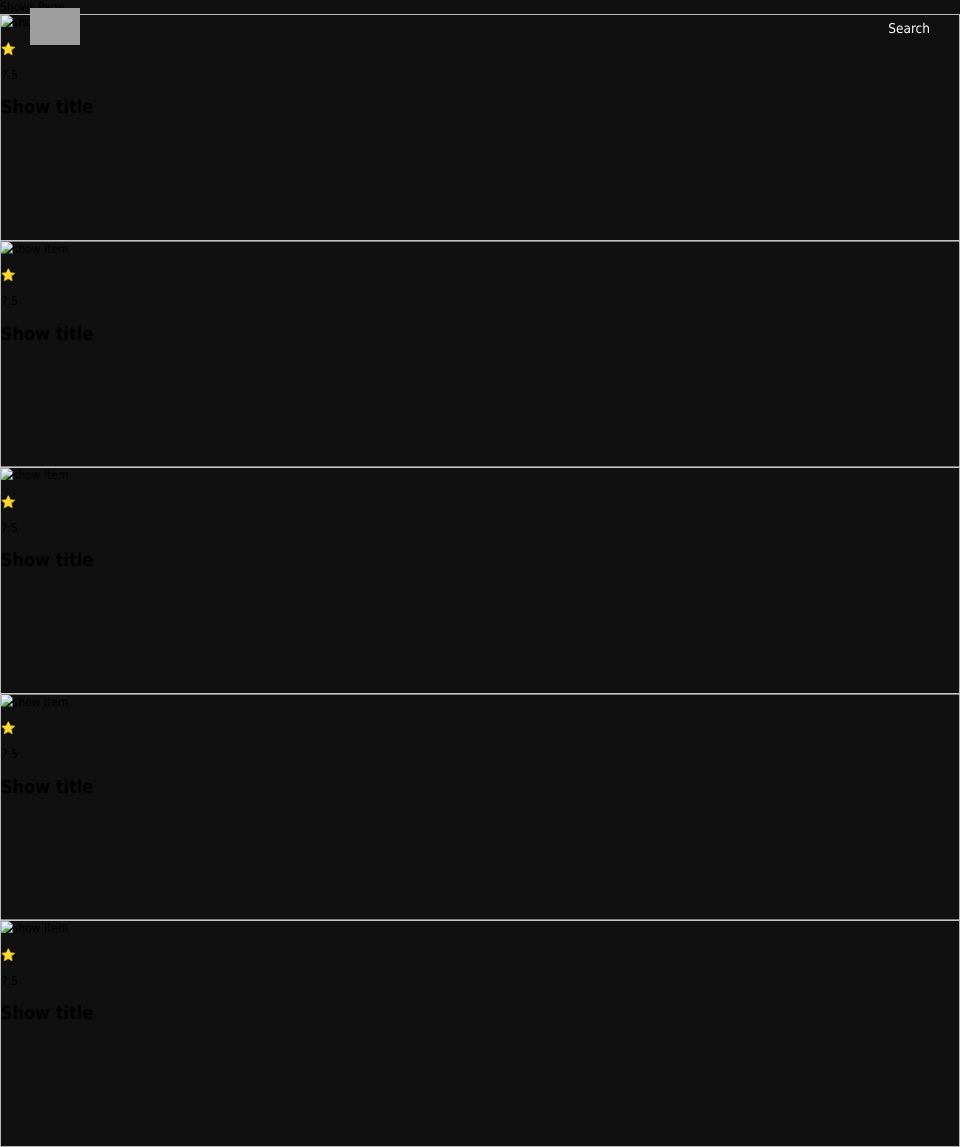
Repository: ahmedhamed15/React-Movies-App
Page: /#/show/1
The author's editor kept a copy of each file at every save. The page is drawn from the files as they stood at one save, then again after the next save.
The browser window is 1280 px wide. The pictures show the whole page, at 75% of full size.
Pictures or frames that could not be fetched are drawn as grey boxes. The project was rebuilt for these pictures with package versions that can differ from the ones it lists, and the page was loaded fresh each time. Also part of the build but not shown: src/Components/Search/Search.js, src/Pages/HomePage.js, src/Pages/SearchPage.js.

Above is the page before, as saved 2021-07-18 21:37:41.

### src/index.js
import React from 'react';
import ReactDOM from 'react-dom';
import './assets/index.css';
import App from './App';

ReactDOM.render(<App />,document.getElementById('root'));

### src/assets/index.css
body {
  padding: 0;
  margin: 0;
  background-color: rgb(17, 16, 16);
  font-family: 'tahoma', arial;
}
.row {
  display: flex;
  flex-direction: row;
  flex-wrap: wrap;
}
.container {
  max-width: 1200px;
  margin: auto;
}
header {
  padding: 10px 0;
  position: fixed;
  top: 0;
  left: 0;
  right: 0;
}
header .row {
  align-items: center;
  justify-content: space-between;
}
.col {
  flex: 0 0 auto;
}
a {
  text-decoration: none;
}
header img {
  height: 50px;
}
header a {
  color: white;
  font-size: 18px;
}
header a:hover {
  color: #FFB03D
}
.text-center {
  text-align: center;
}
.search-content {
  background: url('./images/home-bg.jpg') no-repeat center center fixed;
  background-blend-mode: saturation;
  height: 100vh;
  display: flex;
  align-items: center;
  justify-content: center;
  flex-direction: column;
}
.search-content.sm-search-card {
  height: 50vh;
}
.search-content h1 {
  color: white;
  margin-top: 0;
  text-transform: uppercase;
  font-size: 55px;
  margin-bottom: 15px;
}
.search-content p {
  color: #f1f1ff;
  font-size: 20px;
  width: 700px;
  line-height: 1.5;
  margin-bottom: 40px;
}
.search-content input[type="search"] {
  height: 55px;
  width: 500px;
  padding: 10px;
  font-size: 18px;
  color: #f5853f;
  border: 1px solid #f5853f;
}
.search-content input[type="search"]:focus {
  outline: 0;

}
.search-content .search-btn {
  height: 55px;
  width: 100px;
  padding: 10px;
  font-size: 18px;
  background-color: #f5853f;
  color: white;
  border: none;
  cursor: pointer;
}
::selection {
  color: #FFF;
  background-color: #f5853f;
}
.show-item {
  height: 300px;
  border: 1px solid #EEE
}

### src/App.js
import {BrowserRouter as Router, Switch, Route} from "react-router-dom";
import Header from "./Components/Layouts/Header";
import HomePage from "./Pages/HomePage";
import ShowPage from "./Pages/ShowPage";
import SearchPage from "./Pages/SearchPage";
function App() {
  return (
    <>
      <Router basename="/#">
        <Header />

        <Switch>
          <Route path="/" exact component={HomePage} />
          <Route path="/search" component={SearchPage} />
          <Route path="/show/:id" component={ShowPage} />
        </Switch>

      </Router>
    </>
  );
}

export default App;

### src/Components/Layouts/Header.js
import React from 'react';
import {Link, NavLink} from 'react-router-dom';
import Logo from '../../assets/images/logo.png';

const Header = () => {
    return (
         <header className="header">
             <div className="container">
                 <div className="row">
                    <div className="col">
                        <NavLink to="/"> <img src={Logo} alt="" /> </NavLink>
                    </div>
                    <div className="col">
                        <Link to="/search"> Search </Link>
                    </div>
                 </div>
             </div>
         </header>
    )
}

export default Header

### src/Pages/ShowPage.js
import React from 'react'
import Show from '../Components/Shows/Show'
import ShowsList from '../Components/Shows/ShowsList'

const ShowPage = () => {
    return (
        <div>
            <Show />
            <ShowsList />
        </div>
    )
}
export default ShowPage;

### src/Components/Shows/Show.js
import React from 'react'

const Show = () => {
    return (
        <>
            Shows Page
        </>
    )
}

export default Show

### src/Components/Shows/ShowsList.js
import React from 'react'
import ShowItem from './ShowItem'

const ShowsList = () => {
    return (
        <>
            <ShowItem />
            <ShowItem />
            <ShowItem />
            <ShowItem />
            <ShowItem />
        </>
    )
}

export default ShowsList

### src/Components/Shows/ShowItem.js
import React from 'react'

const ShowItem = () => {
    return (
        <section className="show-item">
            <img src="" alt="show item" />
            <div className="show-item__overlay">
                <div className="rating-item">
                    <p> ⭐ </p>
                    <p> 7.5 </p>
                    <h2> Show title </h2>
                </div>
            </div>
        </section>
    )
}

export default ShowItem

Loaded but not shown: public/index.html (common file)

After the next save:
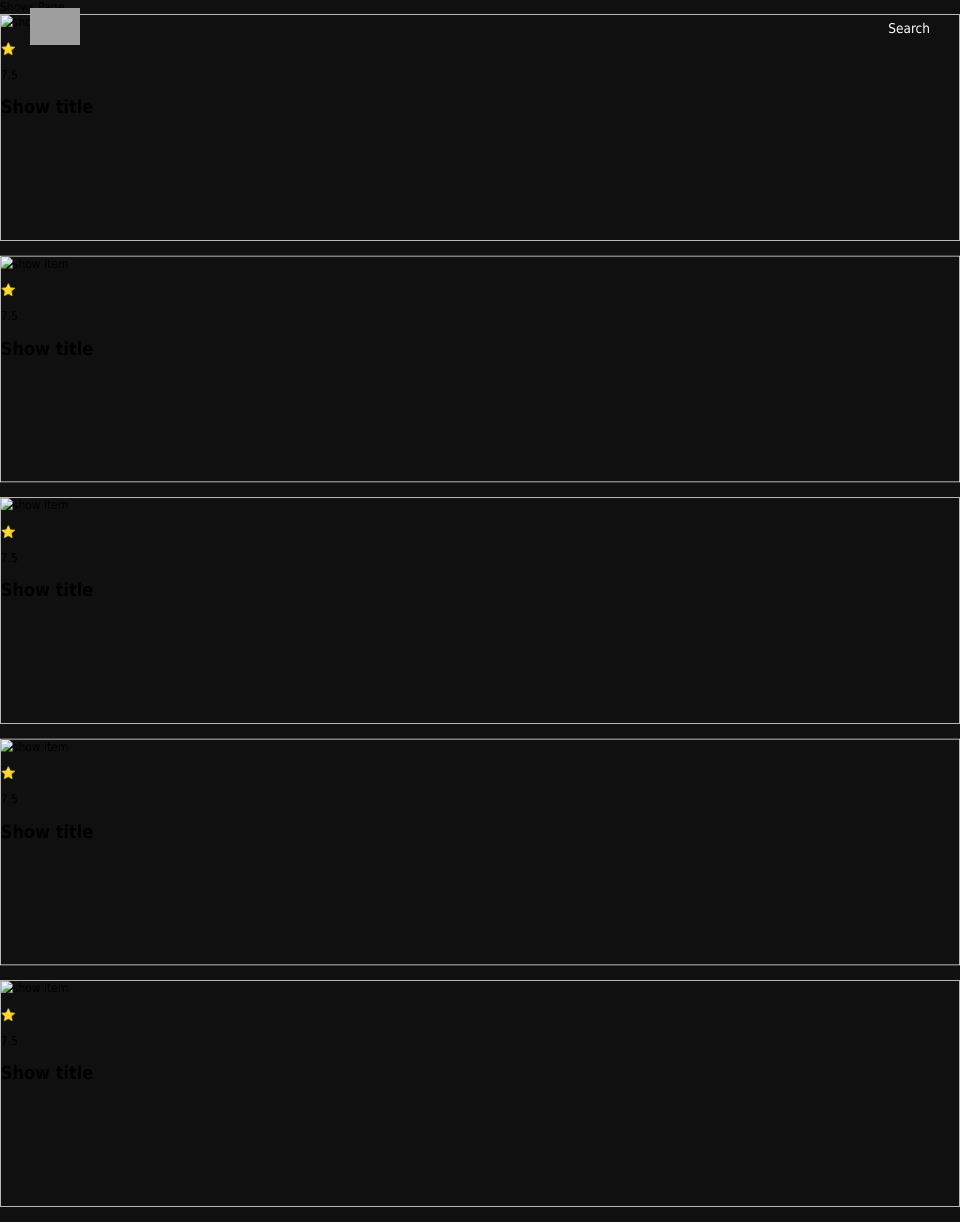
Saved 12 s later.
--- a/src/assets/index.css
+++ b/src/assets/index.css
@@ -97,5 +97,6 @@ header a:hover {
 }
 .show-item {
   height: 300px;
-  border: 1px solid #EEE
+  border: 1px solid #EEE;
+  margin-bottom: 20px;
 }
